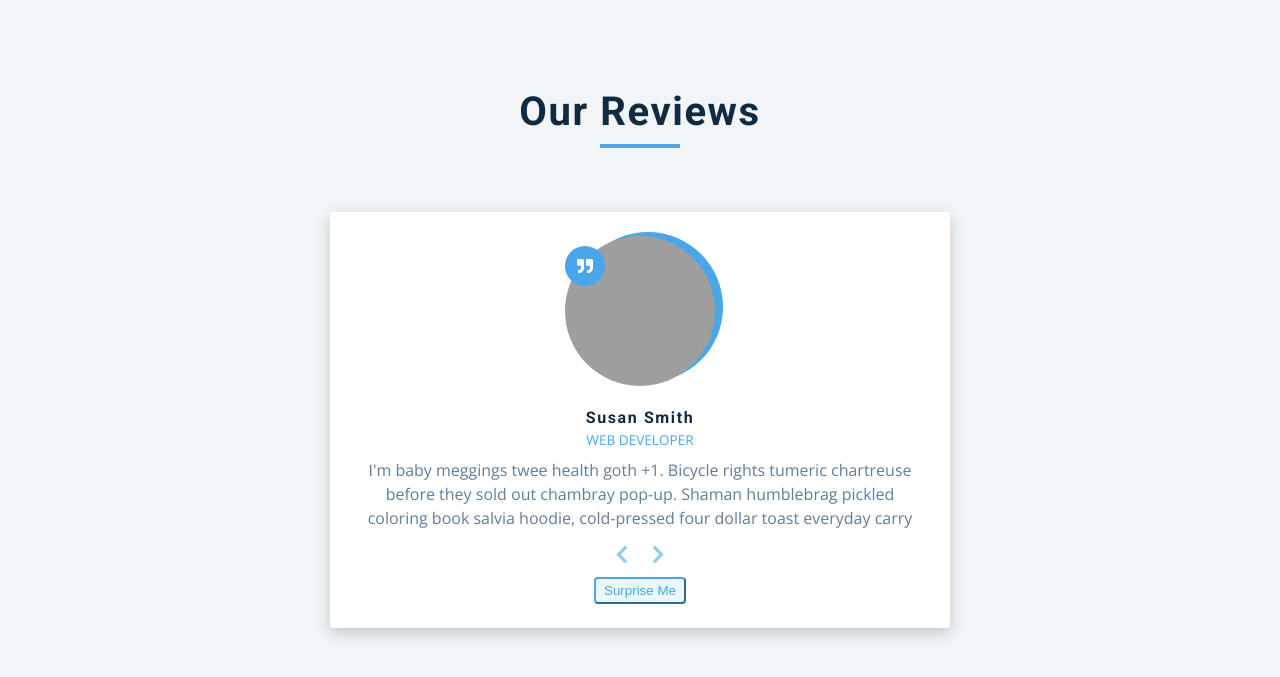
Repository: sunny070/javaScript
Page: Reviews_03/index.html
The author's editor kept a copy of each file at every save. The page is drawn from the files as they stood at one save, then again after a run of saves.
The browser window is 1280 px wide. The pictures show the whole page.
The pointer rests on the first visible `.review`.
Pictures or frames that could not be fetched are drawn as grey boxes. Some web libraries are served in a nearby version.

Above is the page before, as saved 2023-10-04 13:54:20.

### Reviews_03/index.html
<!DOCTYPE html>
<html lang="en">
  <head>
    <meta charset="UTF-8" />
    <meta name="viewport" content="width=device-width, initial-scale=1.0" />
    <title>Review</title>
    <link
      rel="stylesheet"
      href="https://cdnjs.cloudflare.com/ajax/libs/font-awesome/5.14.0/css/all.min.css"
    />
    <link rel="stylesheet" href="style.css" />
  </head>
  <body>
    <main>
      <section class="container">
        <div class="title">
          <h2>Our Reviews</h2>
          <div class="underline"></div>
        </div>
        <article class="review">
          <div class="img-container">
            <img id="person-img" src="person-1.jpeg" alt="" />
          </div>
          <h4 id="author">sara jones</h4>
          <p id="job">ux Designer</p>
          <p id="info">
            Lorem ipsum dolor sit amet consectetur, adipisicing elit. Officia,
            tempora illo hic itaque ex aperiam optio temporibus laboriosam enim
            aspernatur placeat facilis, eveniet dolorem eaque. Nam, saepe! Vel,
            quisquam ea. Minus modi corrupti unde ullam quod earum odio sapiente
            mollitia temporibus, dolore saepe consectetur inventore assumenda
            nesciunt perferendis, sunt quaerat, facilis laboriosam repudiandae
            pariatur. Recusandae autem minima eveniet qui alias. Consequatur
            culpa ipsa saepe
          </p>

          <div class="button-container">
            <button class="prev-btn">
              <i class="fas fa-chevron-left"></i>
            </button>
            <button class="next-btn">
              <i class="fas fa-chevron-right"></i>
            </button>
          </div>
          <button class="random-btn">Surprise me</button>
        </article>
      </section>
    </main>

    <script src="app.js"></script>
  </body>
</html>

### Reviews_03/style.css
/*
===============
Fonts
===============
*/
@import url("https://fonts.googleapis.com/css?family=Open+Sans|Roboto:400,700&display=swap");

/*
===============
Variables
===============
*/

:root {
  /* dark shades of primary color*/
  --clr-primary-1: hsl(205, 86%, 17%);
  --clr-primary-2: hsl(205, 77%, 27%);
  --clr-primary-3: hsl(205, 72%, 37%);
  --clr-primary-4: hsl(205, 63%, 48%);
  /* primary/main color */
  --clr-primary-5: hsl(205, 78%, 60%);
  /* lighter shades of primary color */
  --clr-primary-6: hsl(205, 89%, 70%);
  --clr-primary-7: hsl(205, 90%, 76%);
  --clr-primary-8: hsl(205, 86%, 81%);
  --clr-primary-9: hsl(205, 90%, 88%);
  --clr-primary-10: hsl(205, 100%, 96%);
  /* darkest grey - used for headings */
  --clr-grey-1: hsl(209, 61%, 16%);
  --clr-grey-2: hsl(211, 39%, 23%);
  --clr-grey-3: hsl(209, 34%, 30%);
  --clr-grey-4: hsl(209, 28%, 39%);
  /* grey used for paragraphs */
  --clr-grey-5: hsl(210, 22%, 49%);
  --clr-grey-6: hsl(209, 23%, 60%);
  --clr-grey-7: hsl(211, 27%, 70%);
  --clr-grey-8: hsl(210, 31%, 80%);
  --clr-grey-9: hsl(212, 33%, 89%);
  --clr-grey-10: hsl(210, 36%, 96%);
  --clr-white: #fff;
  --clr-red-dark: hsl(360, 67%, 44%);
  --clr-red-light: hsl(360, 71%, 66%);
  --clr-green-dark: hsl(125, 67%, 44%);
  --clr-green-light: hsl(125, 71%, 66%);
  --clr-black: #222;
  --ff-primary: "Roboto", sans-serif;
  --ff-secondary: "Open Sans", sans-serif;
  --transition: all 0.3s linear;
  --spacing: 0.1rem;
  --radius: 0.25rem;
  --light-shadow: 0 5px 15px rgba(0, 0, 0, 0.1);
  --dark-shadow: 0 5px 15px rgba(0, 0, 0, 0.2);
  --max-width: 1170px;
  --fixed-width: 620px;
}
/*
===============
Global Styles
===============
*/

*,
::after,
::before {
  margin: 0;
  padding: 0;
  box-sizing: border-box;
}
body {
  font-family: var(--ff-secondary);
  background: var(--clr-grey-10);
  color: var(--clr-grey-1);
  line-height: 1.5;
  font-size: 0.875rem;
}
ul {
  list-style-type: none;
}
a {
  text-decoration: none;
}
h1,
h2,
h3,
h4 {
  letter-spacing: var(--spacing);
  text-transform: capitalize;
  line-height: 1.25;
  margin-bottom: 0.75rem;
  font-family: var(--ff-primary);
}
h1 {
  font-size: 3rem;
}
h2 {
  font-size: 2rem;
}
h3 {
  font-size: 1.25rem;
}
h4 {
  font-size: 0.875rem;
}
p {
  margin-bottom: 1.25rem;
  color: var(--clr-grey-5);
}
@media screen and (min-width: 800px) {
  h1 {
    font-size: 4rem;
  }
  h2 {
    font-size: 2.5rem;
  }
  h3 {
    font-size: 1.75rem;
  }
  h4 {
    font-size: 1rem;
  }
  body {
    font-size: 1rem;
  }
  h1,
  h2,
  h3,
  h4 {
    line-height: 1;
  }
}
/*  global classes */

/* section */
.section {
  padding: 5rem 0;
}

.section-center {
  width: 90vw;
  margin: 0 auto;
  max-width: 1170px;
}
@media screen and (min-width: 992px) {
  .section-center {
    width: 95vw;
  }
}
main {
  min-height: 100vh;
  display: grid;
  place-items: center;
}

/*
===============
Reviews
===============
*/
main {
  min-height: 100vh;
  display: grid;
  place-items: center;
}
.title {
  text-align: center;
  margin-bottom: 4rem;
}
.underline {
  height: 0.25rem;
  width: 5rem;
  background: var(--clr-primary-5);
  margin-left: auto;
  margin-right: auto;
}
.container {
  width: 80vw;
  max-width: var(--fixed-width);
}
.review {
  background: var(--clr-white);
  padding: 1.5rem 2rem;
  border-radius: var(--radius);
  box-shadow: var(--light-shadow);
  transition: var(--transition);
  text-align: center;
}
.review:hover {
  box-shadow: var(--dark-shadow);
}
.img-container {
  position: relative;
  width: 150px;
  height: 150px;
  border-radius: 50%;
  margin: 0 auto;
  margin-bottom: 1.5rem;
}
#person-img {
  width: 100%;
  display: block;
  height: 100%;
  object-fit: cover;
  border-radius: 50%;
  position: relative;
}
.img-container::after {
  font-family: "Font Awesome 5 Free";
  font-weight: 900;
  content: "\f10e";
  position: absolute;
  top: 0;
  left: 0;
  width: 2.5rem;
  height: 2.5rem;
  display: grid;
  place-items: center;
  border-radius: 50%;
  transform: translateY(25%);
  background: var(--clr-primary-5);
  color: var(--clr-white);
}
.img-container::before {
  content: "";
  width: 100%;
  height: 100%;
  background: var(--clr-primary-5);
  position: absolute;
  top: -0.25rem;
  right: -0.5rem;
  border-radius: 50%;
}
#author {
  margin-bottom: 0.25rem;
}
#job {
  margin-bottom: 0.5rem;
  text-transform: uppercase;
  color: var(--clr-primary-5);
  font-size: 0.85rem;
}
#info {
  margin-bottom: 0.75rem;
}
.prev-btn,
.next-btn {
  color: var(--clr-primary-7);
  font-size: 1.25rem;
  background: transparent;
  border-color: transparent;
  margin: 0 0.5rem;
  transition: var(--transition);
  cursor: pointer;
}
.prev-btn:hover,
.next-btn:hover {
  color: var(--clr-primary-5);
}
.random-btn {
  margin-top: 0.5rem;
  background: var(--clr-primary-10);
  color: var(--clr-primary-5);
  padding: 0.25rem 0.5rem;
  text-transform: capitalize;
  border-radius: var(--radius);
  transition: var(--transition);
  border-color: var(--clr-primary-5);
  cursor: pointer;
}
.random-btn:hover {
  background: var(--clr-primary-5);
  color: var(--clr-primary-1);
}

### Reviews_03/app.js
const reviews = [
  {
    id: 1,
    name: "susan smith",
    job: "web developer",
    img: "https://www.course-api.com/images/people/person-1.jpeg",
    text: "I'm baby meggings twee health goth +1. Bicycle rights tumeric chartreuse before they sold out chambray pop-up. Shaman humblebrag pickled coloring book salvia hoodie, cold-pressed four dollar toast everyday carry",
  },
  {
    id: 2,
    name: "anna johnson",
    job: "web designer",
    img: "https://www.course-api.com/images/people/person-2.jpeg",
    text: "Helvetica artisan kinfolk thundercats lumbersexual blue bottle. Disrupt glossier gastropub deep v vice franzen hell of brooklyn twee enamel pin fashion axe.photo booth jean shorts artisan narwhal.",
  },
  {
    id: 3,
    name: "peter jones",
    job: "intern",
    img: "https://www.course-api.com/images/people/person-4.jpeg",
    text: "Sriracha literally flexitarian irony, vape marfa unicorn. Glossier tattooed 8-bit, fixie waistcoat offal activated charcoal slow-carb marfa hell of pabst raclette post-ironic jianbing swag.",
  },
  {
    id: 4,
    name: "bill anderson",
    job: "the boss",
    img: "https://www.course-api.com/images/people/person-3.jpeg",
    text: "Edison bulb put a bird on it humblebrag, marfa pok pok heirloom fashion axe cray stumptown venmo actually seitan. VHS farm-to-table schlitz, edison bulb pop-up 3 wolf moon tote bag street art shabby chic. ",
  },
];

//select items
const img=document.getElementById('person-img');
const author=document.getElementById('author');
const job=document.getElementById('job');
const info=document.getElementById('info');

const prevBtn =document.querySelector('.prev-btn')
const nextBtn =document.querySelector('.next-btn')
const randomBtn =document.querySelector('.random-btn')

//set starting item
let currentItem = 0;

//load initial item
window.addEventListener('DOMContentLoaded',function(){
  // console.log('shake and bake')
  showPerson();
})

//show person based on item

function showPerson(){
  const item = reviews[currentItem];
  console.log(item)
  img.src = item.img;
  author.textContent=item.name;
  job.textContent=item.job;
  info.textContent=item.text;
}

//show next person

nextBtn.addEventListener('click',function(){
  currentItem++;
  if(currentItem>reviews.length - 1){
    currentItem=0
  }
  showPerson();
})

//show prev person


prevBtn.addEventListener('click',function(){
  currentItem--;
  if(currentItem<0){
    currentItem=reviews.length -1;
  }
  showPerson();
})

//Show random Person
randomBtn.addEventListener('click',function(){
  currentItem=Math.floor(Math.random()*reviews.length)
  showPerson();

})

After the next 2 saves:
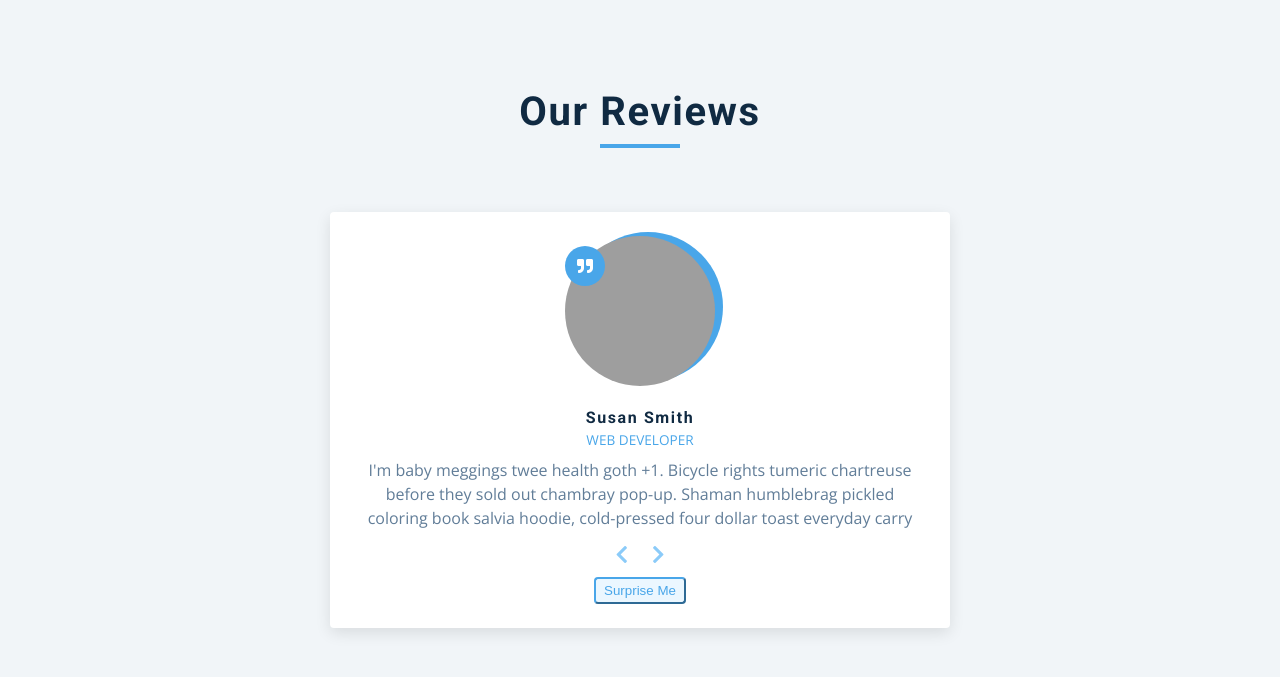
The 2 saves are shown as one change because they came seconds apart.
The last was saved 88 s later.
--- a/Reviews_03/style.css
+++ b/Reviews_03/style.css
@@ -185,7 +185,7 @@
   text-align: center;
 }
 .review:hover {
-  box-shadow: var(--dark-shadow);
+  box-shadow: black;
 }
 .img-container {
   position: relative;

After the save that followed:
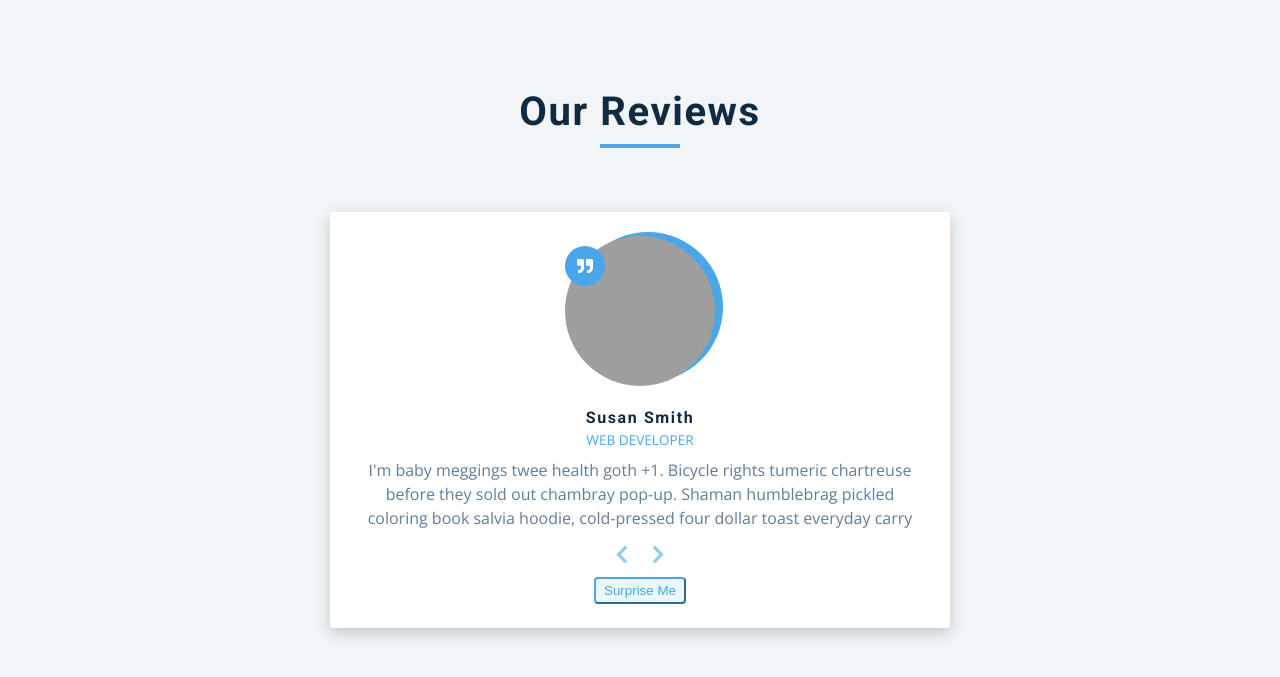
Saved 14 s later.
--- a/Reviews_03/style.css
+++ b/Reviews_03/style.css
@@ -185,7 +185,7 @@
   text-align: center;
 }
 .review:hover {
-  box-shadow: black;
+  box-shadow: var(--dark-shadow);
 }
 .img-container {
   position: relative;
